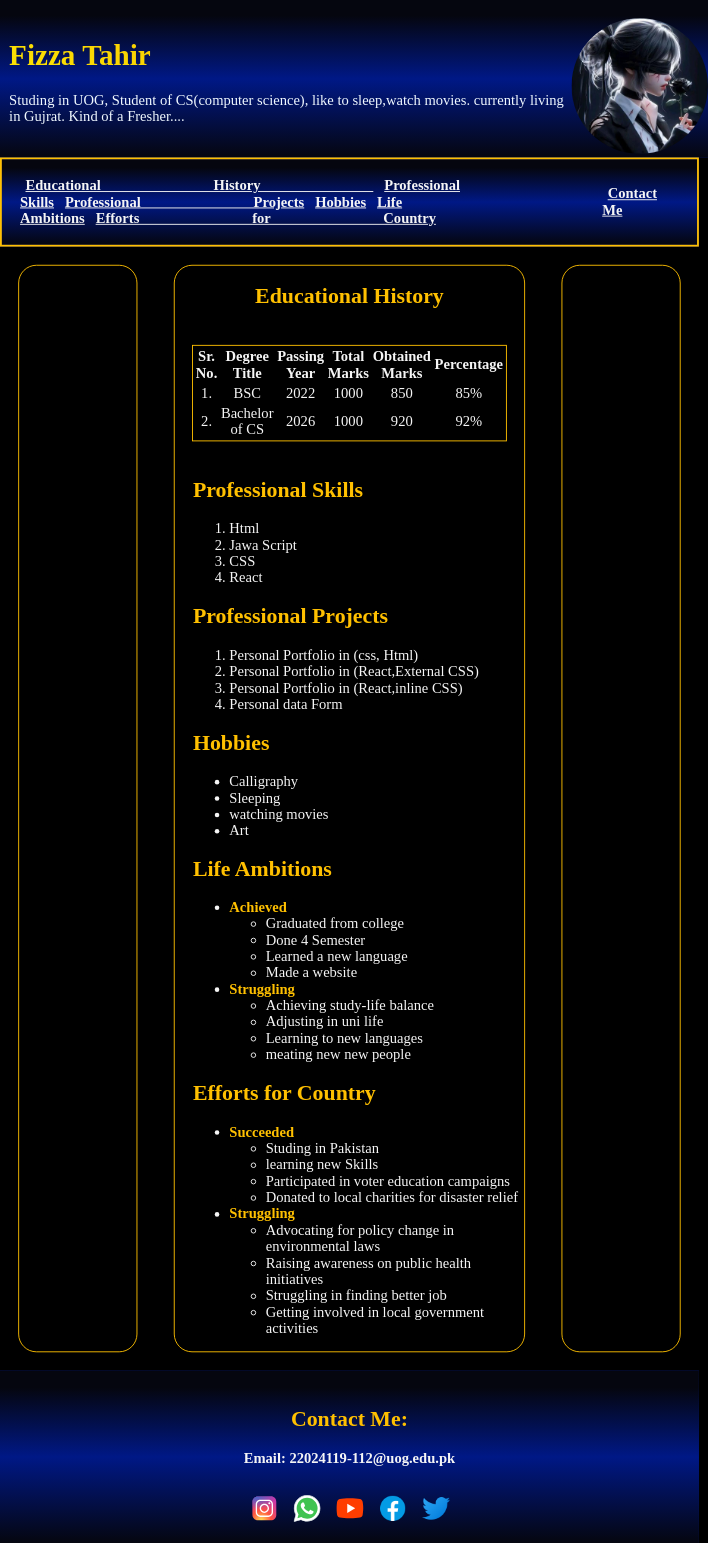
Repository: Fizza-112/project
Page: /
These files come from the project's save history. The page is drawn as it stood at one moment and after the next save; the edit follows.
The browser window is 768 px wide. The page is 778 px wide, so the pictures cover 778 px, including what lies to the right of the window. The pictures show the whole page, at 91% of full size.
The project was rebuilt for these pictures with package versions that can differ from the ones it lists, and the page was loaded fresh each time. Also part of the build but not shown: vite.config.ts.

Above is the page before, as saved 2024-09-18 13:25:18.

After the next save:
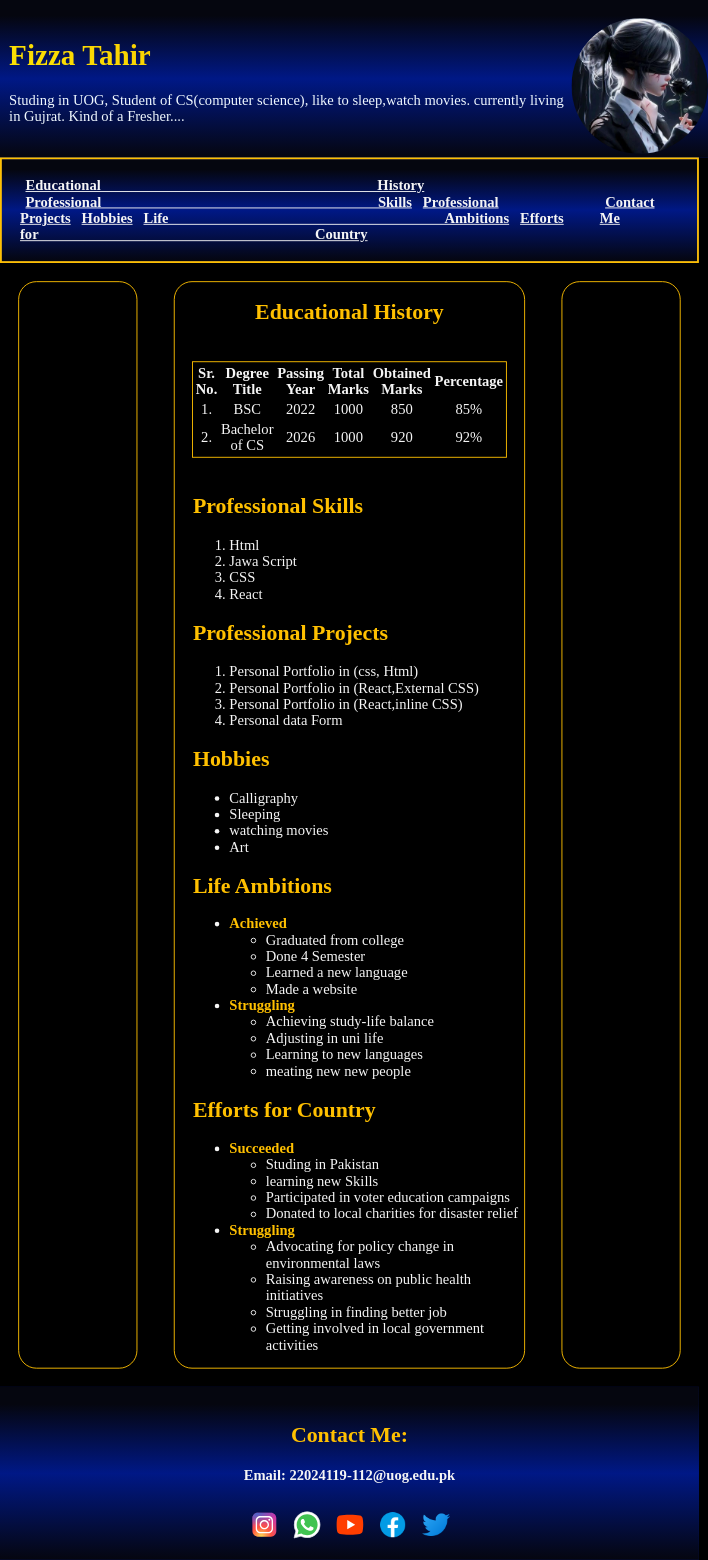
Saved 26 s later.
--- a/src/App.css
+++ b/src/App.css
@@ -79,7 +79,7 @@ padding-left: 10px;
    /* background-color: #001886;
    background-image: linear-gradient(43deg, #001886 0%, #05060f 46%, #001886  100%);  */
   border: 2px solid #ffc000;
-  word-spacing: 120px !important;
+  word-spacing: 300px !important;
 }
 }
 .div{
